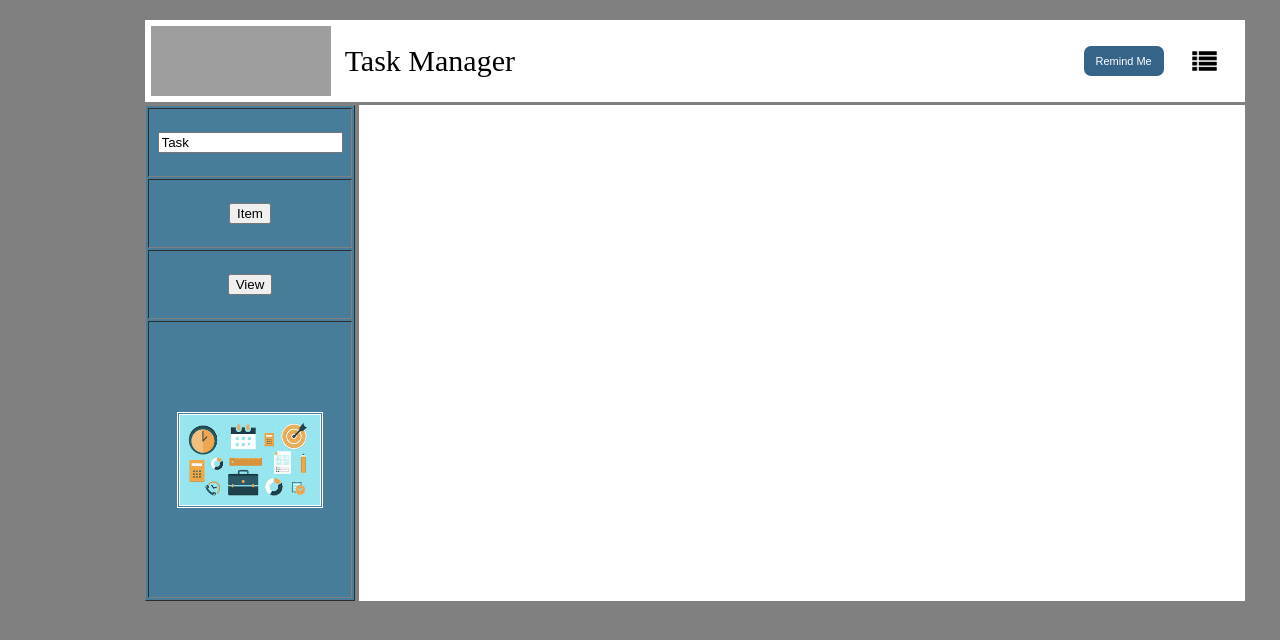
Repository: SnehaSalvi/TaskManagerProject
Page: http://localhost/TaskManagerChecklist/Home.jsp
The author's editor kept a copy of each file at every save. The page is drawn from the files as they stood at one save, then again after the next save.
The browser window is 1280 px wide. The pictures show the whole page.
Pictures or frames that could not be fetched are drawn as grey boxes. The page is served by Tomcat 9. Other server files are loaded and not shown.

Above is the page before, as saved 2016-10-14 09:18:06.

### TaskManagerChecklist/WebContent/Home.jsp
<%@ page language="java" contentType="text/html; charset=ISO-8859-1" pageEncoding="ISO-8859-1"%>
<!DOCTYPE html PUBLIC "-//W3C//DTD HTML 4.01 Transitional//EN" "http://www.w3.org/TR/html4/loose.dtd">
<html>
<head>
<meta http-equiv="Content-Type" content="text/html; charset=ISO-8859-1">
<title>Insert title here</title>
<link href="home.css" type="text/css" rel="stylesheet"/>
</head>
<body>
<form>
	<table id="table1">
		<tr>
			<td id="td1">
				<img id="banner" src="images/banner.jpg"/>
			</td>
			<td id="td_blank">
			</td>
			<td id="td2">
				Task Manager
			</td>
			<td id="td3" align="center">
				<input type="button" name="remind" id="button1" value="Remind Me"/>
			</td>
			<td id="td4" align="center">
				<img id="list" src="images/list.png"/>
			</td>
		</tr>
	</table>
	<table></table>
	<table>
		<tr>
			<td>
				<table id="table2" border="1">
					<tr>
						<td id="#td5" align="center">
							<input type="label" name="task" id="lable_task" value="Task" onclick="AddTask.jsp"/>
						</td>
					</tr>
					<tr>
						<td align="center">
							<input type="button" name="item" id="button2" value="Item"/>
						</td>
					</tr>
					<tr>
						<td align="center">
							<input type="button" name="view" id="button2" value="View"/>
						</td>
					</tr>
					<tr>
						<td rowspan="7" align="center">
							<img id="img1" src="images/menu.jpg"/>
						</td>
					</tr>
				</table>
			</td>
			<td>
				<table id="table3">
					<tr>
						<td id="#td6">
						</td>
					</tr>
				</table>
			</td>
		</tr>
	</table>
</form>
<!--<form action="Hello">
Name:<input type="text" name="user"/>
<input type="submit" value="go"/>
</form>-->
</body>
</html>

### TaskManagerChecklist/WebContent/home.css
body
{
	background-position: center;
	background-color:gray;
	margin-left: 140px;
	margin-top: 20px;
	margin-right: 120px;
	margin-bottom: 20px;
	background-repeat: no-repeat;
}
#table1
{
	margin-left:5px;
	background-color:white;
	background-position: center;
	height: 76px;
	width:1100px;

}
#table2
{
	margin-left:2px;
	background-color:#477d9a;
	background-position: center;
	height: 496px;
	width:210px;


}
#table3
{
	background-color:white;
	background-position: center;
	height: 496px;
	width:886px;

}
#table4
{

	background-position: center;
	height: 497px;
	width:1100px;
}
#table5
{
	width:200px;
}
img
{
	border-style:double;
	border-color: white;
}
tr
{

}
#div1
{
	width: 600px;
	height: 400px;
}
#td1
{
	width:185px;
	height:75px;
	background-color:
}
#td2
{
	width:735px;
	height:75px;
	font-family: serif;
	font-size: 30px;
	font-style: inherit;

}
#td3
{
	width:80px;
	height:75px;
}
#td4
{
	width:30x;
	height:75px;
}
#td_blank
{
	width:100x;
	height:75px;
}

#td6
{
	width:1050x;
	height:495px;


}
#banner
{

	width: 180px;
	height: 70px;
}
#list
{

	width: 25px;
	height: 20px;
}
#select1
{
	width:340px;
}
#img1
{

	width: 140px;
	height: 90px;
}
#button1
{
    height: 30px;
    width: 80px;
    border-radius: 7px;
    border: 1px solid #000;
    font-family: sans-serif;
    background-color:#366489;
    color:white;
    font-size: 11px;
    border: 0;
}
#label5
{
    height: 40px;
    width: 180px;
    border-radius: 8px;
    border: 1px solid #000;
    font-family:sans-serif;
    font-size: 13px;
   background-color:#366489;
   color:white;
    border: 0;
}
#label1
{
	color:red;
	font-size: 10px;
	border: none;
}
#font1
{

	font-style:italic;

	font-size: 18px;
	border: none;


}
#label2
{
	border: none;
	font-size: 5;
}
#div3
{
	width: 510px;
	height: 350px;
}

After the next save:
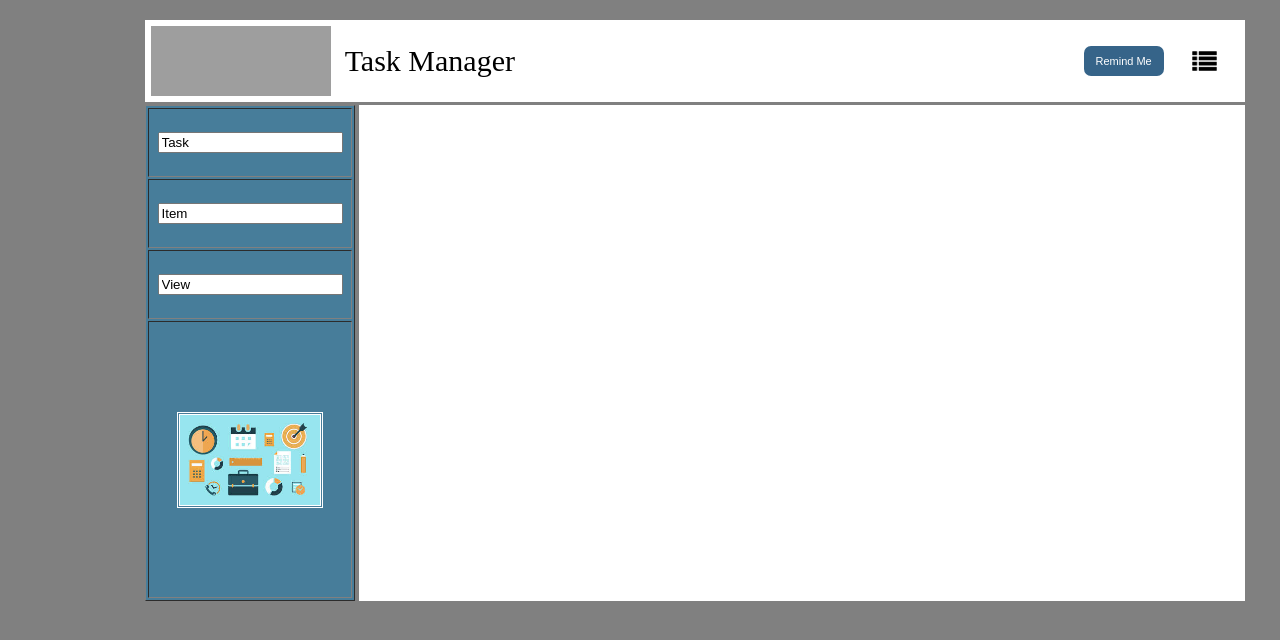
Saved 32 s later.
--- a/TaskManagerChecklist/WebContent/Home.jsp
+++ b/TaskManagerChecklist/WebContent/Home.jsp
@@ -33,17 +33,17 @@
 				<table id="table2" border="1">
 					<tr>
 						<td id="#td5" align="center">
-							<input type="label" name="task" id="lable_task" value="Task" onclick="AddTask.jsp"/>
+							<input type="label" name="task" id="lable5" value="Task"/>
 						</td>
 					</tr>
 					<tr>
 						<td align="center">
-							<input type="button" name="item" id="button2" value="Item"/>
+							<input type="label" name="item" id="lable5" value="Item"/>
 						</td>
 					</tr>
 					<tr>
 						<td align="center">
-							<input type="button" name="view" id="button2" value="View"/>
+							<input type="label" name="view" id="lable5" value="View"/>
 						</td>
 					</tr>
 					<tr>
